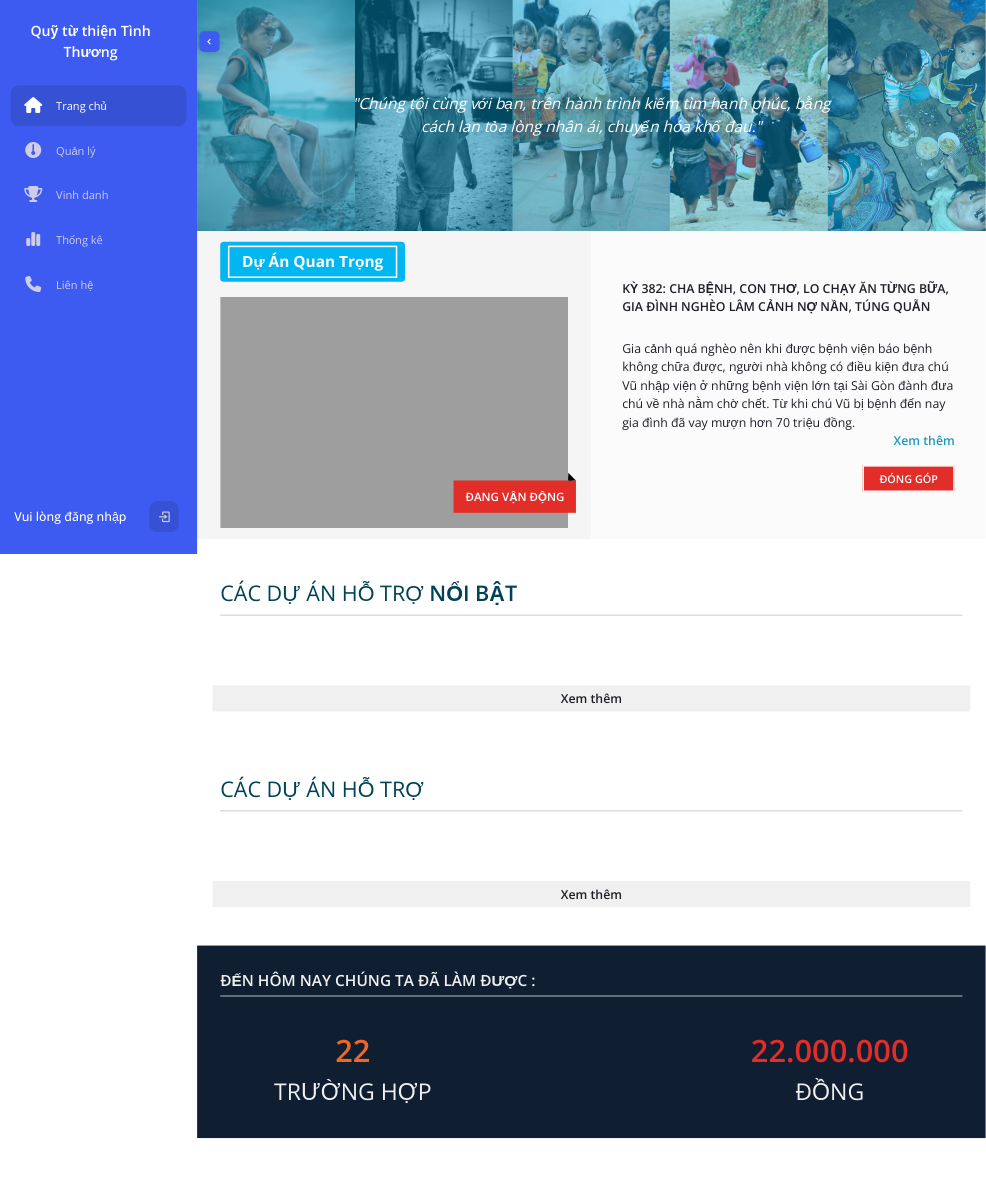
Repository: PhamTrungNguyen/tu-thien
Page: / (app in frontend/my-app/)
An editor plug-in stored every save of this project. The page is shown before and after the next save, followed by the edit.
The browser window is 1280 px wide. The pictures show the whole page, at 77% of full size.
Pictures or frames that could not be fetched are drawn as grey boxes. The page's requests for data from a server got no answer. The project was rebuilt for these pictures with package versions that can differ from the ones it lists, and the page was loaded fresh each time. No one was signed in, and anything a server would have sent is missing. Also part of the build but not shown: frontend/my-app/src/js/SignUpJS.js, frontend/my-app/src/components/input/Input.js, frontend/my-app/src/components/radio/Radio.js, frontend/my-app/src/layout/signPage/FormDialog.js, frontend/my-app/src/components/icon/IconEyeOpen.js, frontend/my-app/src/components/icon/IconEyeClose.js, frontend/my-app/src/layout/signPage/SignUpPage.js, frontend/my-app/src/layout/signPage/SignInPage.js and 19 more.

Above is the page before, as saved 2022-11-13 21:04:56.

### frontend/my-app/public/index.html
<!DOCTYPE html>
<html lang="en">

<head>
  <meta charset="utf-8" />
  <link rel="icon" href="%PUBLIC_URL%/favicon.ico" />
  <meta name="viewport" content="width=device-width, initial-scale=1" />
  <meta name="theme-color" content="#000000" />
  <meta name="description" content="Web site created using create-react-app" />
  <link rel="apple-touch-icon" href="%PUBLIC_URL%/logo192.png" />
  <!--
      manifest.json provides metadata used when your web app is installed on a
      user's mobile device or desktop. See https://developers.google.com/web/fundamentals/web-app-manifest/
    -->
  <link rel="manifest" href="%PUBLIC_URL%/manifest.json" />
  <link href="https://unpkg.com/boxicons@2.0.9/css/boxicons.min.css" rel="stylesheet" />
  <!-- icon -->
  <link rel="stylesheet" href="https://cdnjs.cloudflare.com/ajax/libs/font-awesome/6.2.0/css/all.min.css"
    integrity="sha512-xh6O/CkQoPOWDdYTDqeRdPCVd1SpvCA9XXcUnZS2FmJNp1coAFzvtCN9BmamE+4aHK8yyUHUSCcJHgXloTyT2A=="
    crossorigin="anonymous" referrerpolicy="no-referrer" />
  <!-- font -->
  <link rel="preconnect" href="https://fonts.googleapis.com">
  <link rel="preconnect" href="https://fonts.gstatic.com" crossorigin>
  <link href="https://fonts.googleapis.com/css2?family=Open+Sans:wght@400;500;600;700&display=swap" rel="stylesheet">
  <!--
      Notice the use of %PUBLIC_URL% in the tags above.
      It will be replaced with the URL of the `public` folder during the build.
      Only files inside the `public` folder can be referenced from the HTML.

      Unlike "/favicon.ico" or "favicon.ico", "%PUBLIC_URL%/favicon.ico" will
      work correctly both with client-side routing and a non-root public URL.
      Learn how to configure a non-root public URL by running `npm run build`.
    -->
  <title>React App</title>
</head>

<body>
  <noscript>You need to enable JavaScript to run this app.</noscript>
  <div id="root"></div>
  <!--
      This HTML file is a template.
      If you open it directly in the browser, you will see an empty page.

      You can add webfonts, meta tags, or analytics to this file.
      The build step will place the bundled scripts into the <body> tag.

      To begin the development, run `npm start` or `yarn start`.
      To create a production bundle, use `npm run build` or `yarn build`.
    -->
</body>

</html>

### frontend/my-app/src/index.css
@tailwind base;
@tailwind components;
@tailwind utilities;
@import url("https://fonts.googleapis.com/css2?family=Dancing+Script:wght@400;500;600;700&display=swap");
@import url("https://fonts.googleapis.com/css2?family=Roboto:ital,wght@0,400;0,500;1,400&display=swap");
body {
  margin: 0;
  font-family: -apple-system, BlinkMacSystemFont, "Segoe UI", "Roboto", "Oxygen",
    "Ubuntu", "Cantarell", "Fira Sans", "Droid Sans", "Helvetica Neue",
    sans-serif;
  -webkit-font-smoothing: antialiased;
  -moz-osx-font-smoothing: grayscale;
}

code {
  font-family: source-code-pro, Menlo, Monaco, Consolas, "Courier New",
    monospace;
}

### frontend/my-app/src/App.css
body {
  font-family: "Open Sans", sans-serif;
}
.hidden-input {
  border: 0;
  clip: rect(0 0 0 0);
  height: 1px;
  margin: -1px;
  overflow: hidden;
  padding: 0;
  position: absolute;
  width: 1px;
  white-space: nowrap;
}
.pagination {
  display: flex;
  align-items: center;
  justify-content: center;
  gap: 0 1rem;
  font-size: 20px;
  transition: all 0.25s linear;
}
/* .pagination :hover {
  color: fuchsia;
} */
.selected {
  background-color: black;
  padding: 0px 7px;
  border-radius: 10px;
  color: white;
}

.previous {
}

### frontend/my-app/src/css/homePageCSS.css
@import url("https://fonts.googleapis.com/css2?family=Poppins:wght@200;300;400;500;600;700&display=swap");

*,
*::before,
*::after {
  padding: 0;
  margin: 0;
  box-sizing: border-box;
}

:root {
  --main-color: #3d5af1;
  --main-color-dark: #3651d4;
  --main-color-light: #5872f5;
  --text-color: #cfcde7;
}

body {
  font-family: "Open Sans", sans-serif;
  overflow-x: hidden;
  background-color: #ffffff;
}

/* a {
  text-decoration: none;
} */

ul {
  list-style: none;
}

nav {
  position: sticky;
  top: 0;
  left: 0;
  height: 100vh;
  background-color: var(--main-color);
  width: 16rem;
  padding: 1.8rem 0.85rem;
  color: #fff;
  display: flex;
  flex-direction: column;
  transition: width 0.5s ease-in-out;
  z-index: 5;
}

nav::before {
  content: "";
  position: absolute;
  width: 2rem;
  height: 100%;
  top: 0;
  left: 100%;
}

main {
  flex: 1;
  padding: 0;
  padding-top: 0;
  color: #1f2027;
  display: flex;
  flex-direction: column;
}

main h1 {
  margin-bottom: 1rem;
}

main .copyright {
  margin-top: auto;
  font-size: 0.9rem;
}

main .copyright span {
  color: var(--main-color);
  font-weight: 500;
  cursor: pointer;
}
/* ---------------- */
a.active {
  width: 100%;
  height: 53px;
  background-color: var(--main-color-dark);
  border-radius: 10px;
  transition: top 0.3s;
}
/* ---------------- */
.sidebar-top {
  position: relative;
  display: flex;
  align-items: center;
}

.sidebar-top .logo {
  width: 2.1rem;
  margin: 0 0.8rem;
}

.sidebar-top h3 {
  padding-left: 0.5rem;
  font-weight: 600;
  font-size: 1.15rem;
}

.shrink-btn {
  position: absolute;
  top: 50%;
  height: 27px;
  padding: 0 0.3rem;
  background-color: var(--main-color);
  border-radius: 6px;
  cursor: pointer;
  box-shadow: 0 3px 10px -3px rgba(70, 46, 118, 0.3);
  right: -2.65rem;
  transform: translateY(-50%) translateX(-8px);
  opacity: 0;
  pointer-events: none;
  transition: 0.3s;
}

.shrink-btn i {
  line-height: 27px;
  transition: 0.3s;
}

.shrink-btn:hover {
  background-color: var(--main-color-dark);
}

nav:hover .shrink-btn,
.shrink-btn.hovered {
  transform: translateY(-50%) translateX(0px);
  opacity: 1;
  pointer-events: all;
}

.search {
  min-height: 2.7rem;
  background-color: var(--main-color-light);
  margin: 2rem 0.5rem 1.7rem;
  display: grid;
  grid-template-columns: 2.7rem 1fr;
  align-items: center;
  text-align: center;
  border-radius: 50px;
  cursor: pointer;
}

.search input {
  height: 100%;
  border: none;
  background: none;
  outline: none;
  color: #fff;
  caret-color: #fff;
  font-family: inherit;
}

.search input::placeholder {
  color: var(--text-color);
}

.sidebar-links ul {
  position: relative;
}

.sidebar-links li {
  position: relative;
  padding: 2.5px 0;
}

.sidebar-links a {
  color: var(--text-color);
  font-weight: 400;
  font-size: 0.9rem;
  display: flex;
  align-items: center;
  height: 53px;
}

.icon {
  font-size: 1.3rem;
  text-align: center;
  min-width: 3.7rem;
  display: grid;
  grid-template-columns: 1fr;
  grid-template-rows: 1fr;
}

.icon i {
  grid-column: 1 / 2;
  grid-row: 1 / 2;
  transition: 0.3s;
}

/* .icon i:last-child {
  opacity: 0;
  color: #fff;
} */

.sidebar-links a.active,
.sidebar-links a:hover {
  color: #fff;
}

.sidebar-links a .link {
  transition: opacity 0.3s 0.2s, color 0.3s;
}

.sidebar-links a.active i:first-child {
  opacity: 0;
}

.sidebar-links a.active i:last-child {
  opacity: 1;
}

.active-tab {
  width: 100%;
  height: 53px;
  background-color: var(--main-color-dark);
  border-radius: 10px;
  position: absolute;
  top: 2.5px;
  left: 0;
  transition: top 0.3s;
}

.sidebar-links h4 {
  position: relative;
  font-size: 0.8rem;
  text-transform: uppercase;
  font-weight: 600;
  padding: 0 0.8rem;
  color: var(--text-color);
  letter-spacing: 0.5px;
  height: 45px;
  line-height: 45px;
  transition: opacity 0.3s 0.2s, height 0.5s 0s;
}

.sidebar-footer {
  position: relative;
  margin-top: auto;
}

.account {
  display: flex;
  align-items: center;
  justify-content: center;
  font-size: 1.3rem;
  color: var(--text-color);
  height: 53px;
  width: 3.7rem;
  opacity: 0;
  pointer-events: none;
  transition: opacity 0.3s 0s, color 0.3s 0s;
}

.account:hover {
  color: #fff;
}

.admin-user {
  display: flex;
  align-items: center;
}

.admin-profile {
  white-space: nowrap;
  max-width: 100%;
  transition: opacity 0.3s 0.2s, max-width 0.7s 0s ease-in-out;
  display: flex;
  align-items: center;
  flex: 1;
  overflow: hidden;
}

.admin-user img {
  width: 2.9rem;
  border-radius: 50%;
  margin: 0 0.4rem;
}

.admin-info {
  padding-left: 0.3rem;
}

.admin-info h3 {
  font-weight: 500;
  font-size: 1rem;
  line-height: 1.5;
}

.admin-info h5 {
  font-weight: 400;
  font-size: 0.75rem;
  color: var(--text-color);
  margin-top: 0.3rem;
  line-height: 1.5;
}

.log-out {
  display: flex;
  height: 40px;
  min-width: 2.4rem;
  background-color: var(--main-color-dark);
  color: var(--text-color);
  align-items: center;
  justify-content: center;
  font-size: 1.15rem;
  border-radius: 10px;
  margin: 0 0.65rem;
  transition: color 0.3s;
}

.log-out:hover {
  color: #fff;
}

.tooltip {
  background-color: var(--main-color);
  position: absolute;
  right: -1.2rem;
  top: 0;
  transform: translateX(100%) translateY(-50%);
  padding: 0 0.8rem;
  font-size: 0.85rem;
  display: none;
  grid-template-rows: 1fr;
  grid-template-columns: 1fr;
  height: 30px;
  align-items: center;
  border-radius: 7px;
  box-shadow: 0 3px 10px -3px rgba(70, 46, 118, 0.3);
  opacity: 0;
  pointer-events: none;
  transition: all 0.3s;
  text-align: center;
  white-space: nowrap;
}

.tooltip span {
  grid-column: 1 / 2;
  grid-row: 1 / 2;
  opacity: 0;
  transition: 0.3s;
}

.tooltip span.show {
  opacity: 1;
}

.tooltip-element:hover ~ .tooltip {
  opacity: 1;
  pointer-events: all;
}

/* When the menu shrinks */

.hide {
  transition: opacity 0.3s 0.2s;
}

body.shrink nav {
  width: 5.4rem;
}

body.shrink .hide {
  opacity: 0;
  pointer-events: none;
  transition-delay: 0s;
}
.hide_title {
  position: absolute;
  top: 50%;
  width: 200px;
  transform: translateY(-50%);
}

body.shrink .shrink-btn i {
  transform: rotate(-180deg);
}

body.shrink .sidebar-links h4 {
  height: 10px;
}

body.shrink .account {
  opacity: 1;
  pointer-events: all;
  transition: opacity 0.3s 0.3s, color 0.3s 0s;
}

body.shrink .admin-profile {
  max-width: 0;
  transition: opacity 0.3s 0s, max-width 0.7s 0s ease-in-out;
}

body.shrink .tooltip {
  display: grid;
}
/* ------------------ */
.image-blur {
  width: 100%;
  height: 100%;
  background-color: #01b6f1;
  position: absolute;
  top: 0;
  left: 0;
  opacity: 0.4;
}
.text-image {
  position: absolute;
  top: 50%;
  left: 50%;
  transform: translate(-50%, -50%);
  font-size: 20px;
  color: white;
  width: 650px;
}
/* projectImportant */
.caption-box {
  background-color: #01b6f1;
  width: 240px;
  padding: 5px 10px;
  border-radius: 5px;
  color: white;
}
.caption-text {
  border: 2px solid white;
  padding: 4px;
}
/* project item */
.bar-item_text:before {
  content: " ";
  border-bottom: 2px solid #dddddd;
  width: 100%;
  position: absolute;
  bottom: 0;
  left: 0;
}
.itemSupport-item:hover {
  transform: translateY(-10px);
}
.itemSupport-item:hover .status {
  opacity: 0;
}
.itemSupport-title {
  display: -webkit-box;
  -webkit-line-clamp: 3;
  -webkit-box-orient: vertical;
  overflow: hidden;
  text-overflow: ellipsis;
  width: 100%;
  max-width: 100%;
  white-space: pre-wrap;
  word-break: break-word;
}
.itemSupport-desc {
  display: -webkit-box;
  -webkit-line-clamp: 7;
  -webkit-box-orient: vertical;
  overflow: hidden;
  text-overflow: ellipsis;
  width: 100%;
  max-width: 100%;
  white-space: pre-wrap;
  word-break: break-word;
}
/*  */

### frontend/my-app/src/layout/homePage/ProjectListNoHot.js
import React, { useEffect, useState } from 'react';
import ButtonDonate from '../../components/button/ButtonDonate';
import ButtonStatus from '../../components/button/ButtonStatus';
import { COLORHOMEPAGE } from '../../menuColor';
import ItemSupport from './ItemSupport';

const ProjectListNoHot = () => {
    const [post, setPost] = useState();
    console.log("🚀 ~ file: ProjectList.js ~ line 9 ~ ProjectList ~ post", post)

    async function handleGetAllPost(url) {
        const response = await fetch(url, {
            method: "GET",
            headers: {
                "Content-Type": "application/json",
            },
        });
        const result = await response.json();
        setPost(result)
    }
    useEffect(() => {
        handleGetAllPost("http://localhost:8080/api/post/getAllPostNoHot")
    }, [])
    return (

        <div className="itemSupport p-[30px]">
            <div className="grid grid-cols-4 gap-x-[20px]">
                {post?.length > 0 && post.map((item, index) => (
                    <ItemSupport key={item.id} item={item} status={"Đang vận động"} button={"Đóng góp"}></ItemSupport>
                ))
                }
            </div>
        </div>

    );
};

export default ProjectListNoHot;

Loaded but not shown: frontend/my-app/src/layout/homePage/SidebarMenu.js (195 lines, source omitted); frontend/my-app/src/js/sidebarMenuJS.js (95 lines, source omitted); frontend/my-app/src/layout/homePage/ProjectImportant.js (56 lines, source omitted); frontend/my-app/src/layout/homePage/MainImage.js (58 lines, source omitted); frontend/my-app/src/layout/homePage/ProjectListHot.js (38 lines, source omitted); frontend/my-app/src/pages/HomePage.js (41 lines, source omitted); frontend/my-app/src/layout/homePage/Banner.js (25 lines, source omitted); frontend/my-app/src/App.js (31 lines, source omitted); frontend/my-app/src/components/button/ButtonDonate.js (35 lines, source omitted); frontend/my-app/src/index.js (30 lines, source omitted); frontend/my-app/src/components/button/ButtonStatus.js (37 lines, source omitted); frontend/my-app/src/components/bar/BarItem.js (27 lines, source omitted); frontend/my-app/src/pages/DashboardLayout.js (18 lines, source omitted); frontend/my-app/src/redux/reduxSlice.js (18 lines, source omitted); frontend/my-app/src/layout/homePage/LoadMore.js (11 lines, source omitted); frontend/my-app/src/redux/configureStore.js (11 lines, source omitted); frontend/my-app/tailwind.config.js (11 lines, source omitted); frontend/my-app/src/menuColor.js (5 lines, source omitted); frontend/my-app/src/css/signUpCSS.css (449 lines, source omitted); frontend/my-app/src/reportWebVitals.js (no copy from this time; the picture is the same without it)

After the next save:
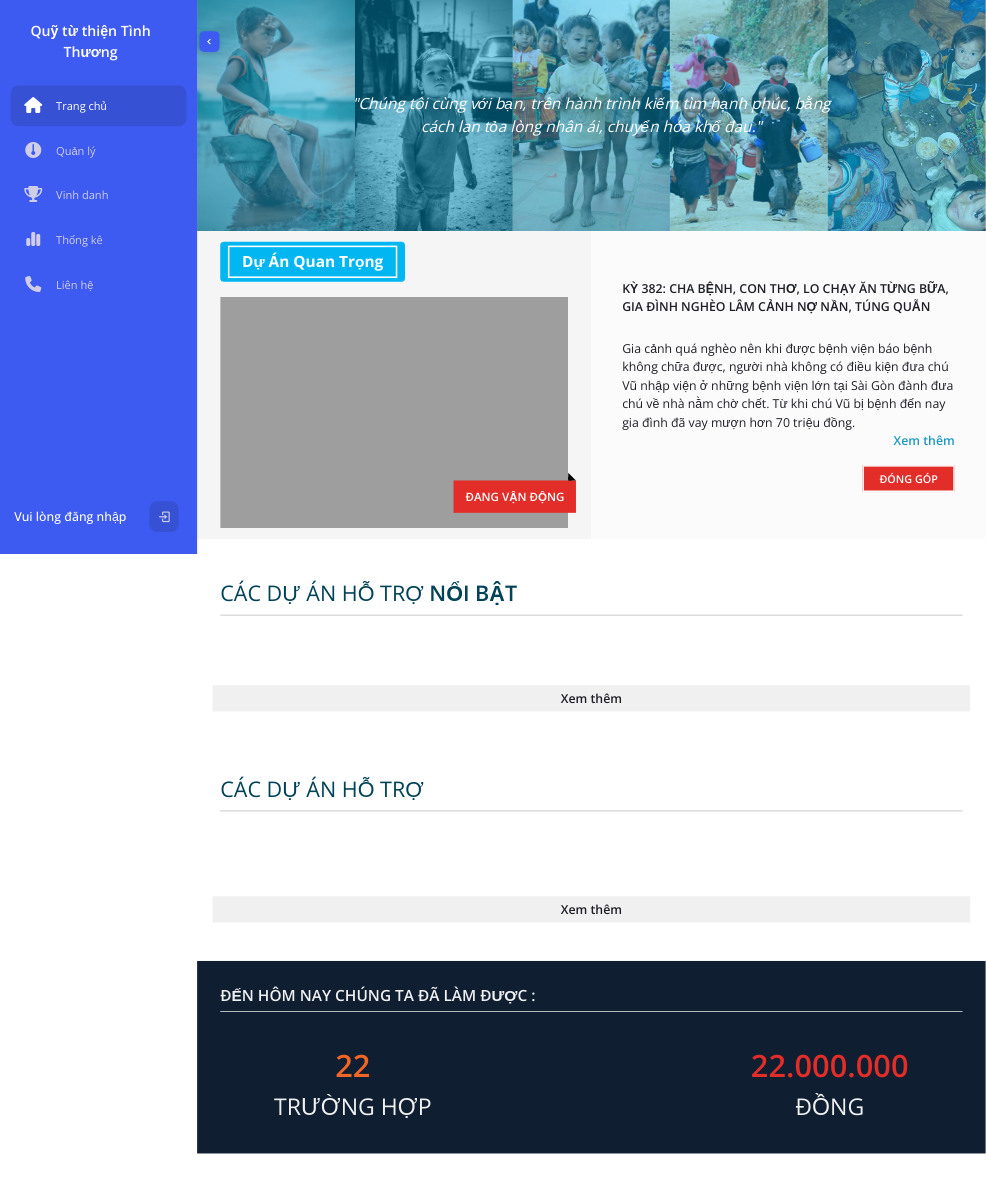
Saved 27 s later.
--- a/frontend/my-app/src/layout/homePage/ProjectListNoHot.js
+++ b/frontend/my-app/src/layout/homePage/ProjectListNoHot.js
@@ -24,7 +24,7 @@
     return (
 
         <div className="itemSupport p-[30px]">
-            <div className="grid grid-cols-4 gap-x-[20px]">
+            <div className="grid grid-cols-4 gap-x-[20px] mb-[20px]">
                 {post?.length > 0 && post.map((item, index) => (
                     <ItemSupport key={item.id} item={item} status={"Đang vận động"} button={"Đóng góp"}></ItemSupport>
                 ))

After the 2 saves that followed:
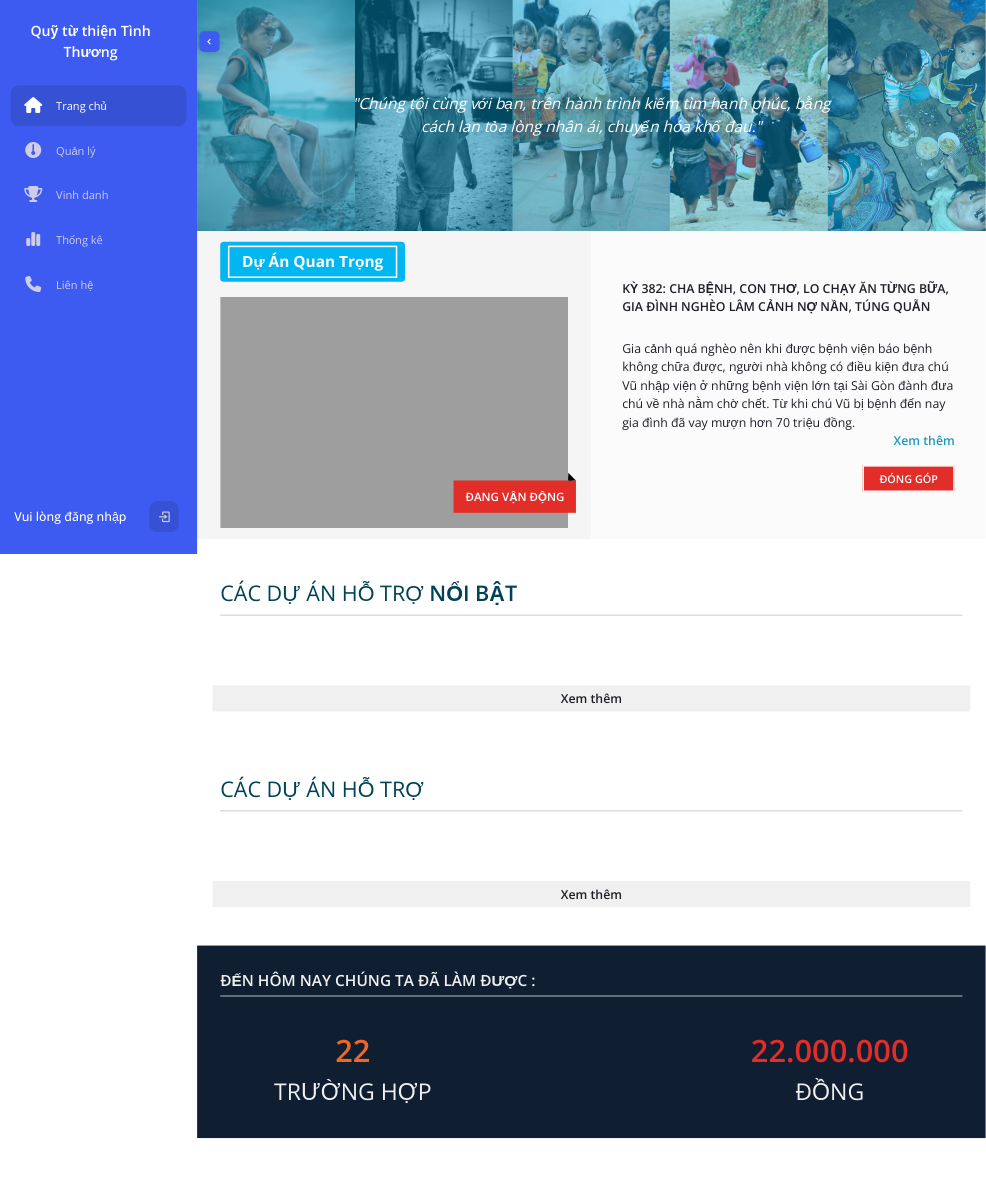
The 2 saves are shown as one change because 1 left the picture as it was.
The last was saved 27 s later.
--- a/frontend/my-app/src/layout/homePage/ProjectListNoHot.js
+++ b/frontend/my-app/src/layout/homePage/ProjectListNoHot.js
@@ -23,8 +23,8 @@
     }, [])
     return (
 
-        <div className="itemSupport p-[30px]">
-            <div className="grid grid-cols-4 gap-x-[20px] mb-[20px]">
+        <div className="itemSupport p-[30px] pb-30px">
+            <div className="grid grid-cols-4 gap-x-[20px]">
                 {post?.length > 0 && post.map((item, index) => (
                     <ItemSupport key={item.id} item={item} status={"Đang vận động"} button={"Đóng góp"}></ItemSupport>
                 ))
